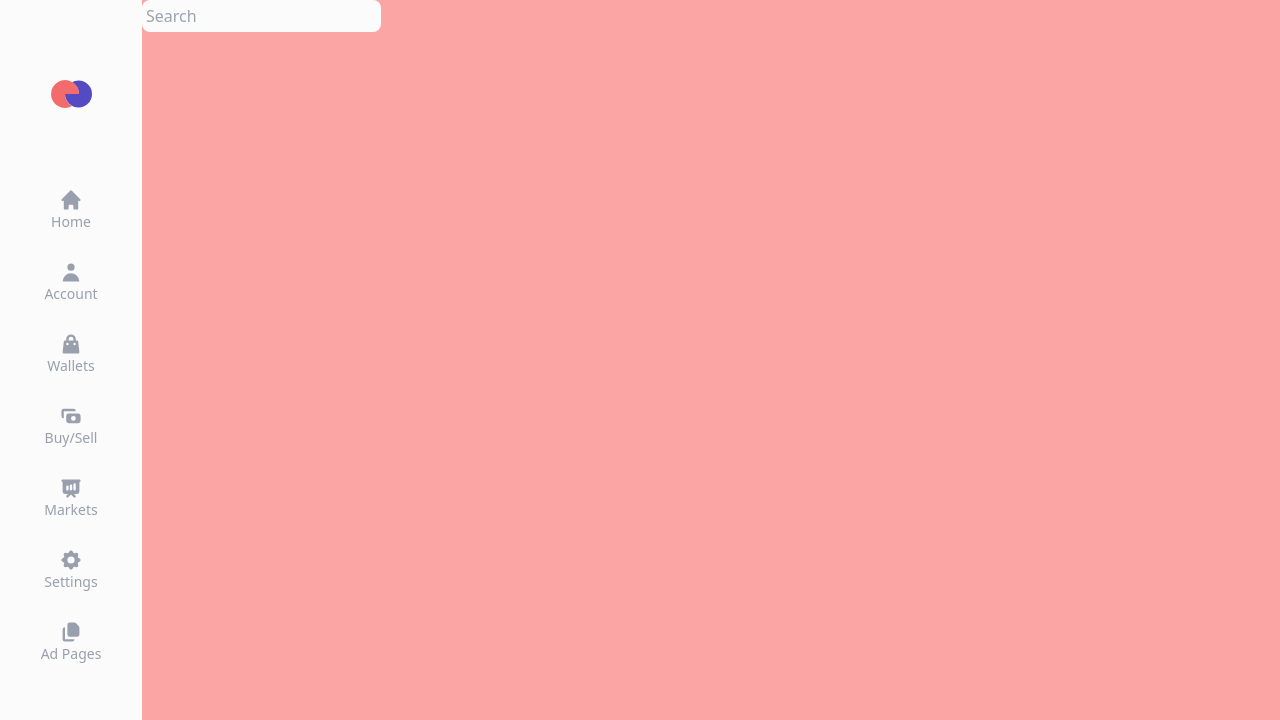
Repository: almaqdad55/crypto-app-nextjs
Page: /
The author's editor kept a copy of each file at every save. The page is drawn from the files as they stood at one save, then again after the next save.
The browser window is 1280 px wide. The pictures show the whole page.
The project was rebuilt for these pictures with package versions that can differ from the ones it lists, and the page was loaded fresh each time. The framework's server and built-in components were replaced by stand-ins that run in the browser.

Above is the page before, as saved 2022-01-04 19:59:02.

### pages/index.js
import Head from 'next/head';
import Sidebar from '../components/Sidebar';
import Feed from '../components/Feed';

export default function Home() {
  return (
    <div className="">
      <Head>
        <title>Crypto Trade</title>
        <link rel="icon" href="/logo.svg" />
      </Head>

      <main className="flex">
        <Sidebar />
        <Feed />
        {/* Widget */}
      </main>
    </div>
  );
}

### styles/globals.css
@import url('https://fonts.googleapis.com/css2?family=Lato:wght@300;400;700&display=swap');

@tailwind base;
@tailwind components;
@tailwind utilities;

@layer base {
  body {
    @apply bg-white;
  }
}

@layer components {
  .icon-group {
    @apply flex flex-col  items-center text-sm cursor-pointer text-[#9A9FAD] hover:text-[#544AC3] transition duration-200;
  }
}

### components/Sidebar.jsx
import {
  HomeIcon,
  UserIcon,
  CashIcon,
  ShoppingBagIcon,
  PresentationChartBarIcon,
  CogIcon,
  DocumentDuplicateIcon,
} from '@heroicons/react/solid';

const Sidebar = () => {
  return (
    <div className="flex flex-col items-center  h-screen w-[142px]  bg-[#fbfbfb] ">
      <div className="mt-20">
        <img src="/logo.svg" alt="" />
      </div>
      <div className="mb-40 mt-20 flex flex-col space-y-7">
        <div className="icon-group group">
          <HomeIcon className="h-6 " />
          <span className="">Home</span>
        </div>
        <div className="icon-group group">
          <UserIcon className="h-6 " />
          <span className="">Account</span>
        </div>
        <div className="icon-group group">
          <ShoppingBagIcon className="h-6 " />
          <span className="">Wallets</span>
        </div>
        <div className="icon-group group ">
          <CashIcon className="h-6 " />
          <span className="">Buy/Sell</span>
        </div>
        <div className="icon-group group">
          <PresentationChartBarIcon className="h-6 " />
          <span className="">Markets</span>
        </div>
        <div className="icon-group group">
          <CogIcon className="h-6 " />
          <span className="">Settings</span>
        </div>
        <div className="icon-group group">
          <DocumentDuplicateIcon className="h-6 " />
          <span className="">Ad Pages</span>
        </div>
      </div>
    </div>
  );
};

export default Sidebar;

### components/Feed.jsx
import {
  DotsHorizontalIcon,
  PhotographIcon,
  NewspaperIcon,
  SearchIcon,
} from '@heroicons/react/outline';

const Feed = () => {
  return (
    <div className=" flex-grow bg-red-300">
      <div>
        <div className="">
          <input
            type="text"
            placeholder={`Search`}
            className="bg-[#fbfbfb] rounded-lg p-1"
          />
        </div>
      </div>
    </div>
  );
};

export default Feed;

### tailwind.config.js
module.exports = {
  content: [
    './pages/**/*.{js,ts,jsx,tsx}',
    './components/**/*.{js,ts,jsx,tsx}',
  ],
  theme: {
    extend: {
      fontFamily: {
        Lato: ['Lato', 'sans-serif'],
      },
    },
  },
  plugins: [],
};

Loaded but not shown: pages/_app.js (common file); pages/api/hello.js (common file); pages/api/city.js (no copy from this time; the picture is the same without it); pages/api/getYTData.js (no copy from this time; the picture is the same without it)

After the next save:
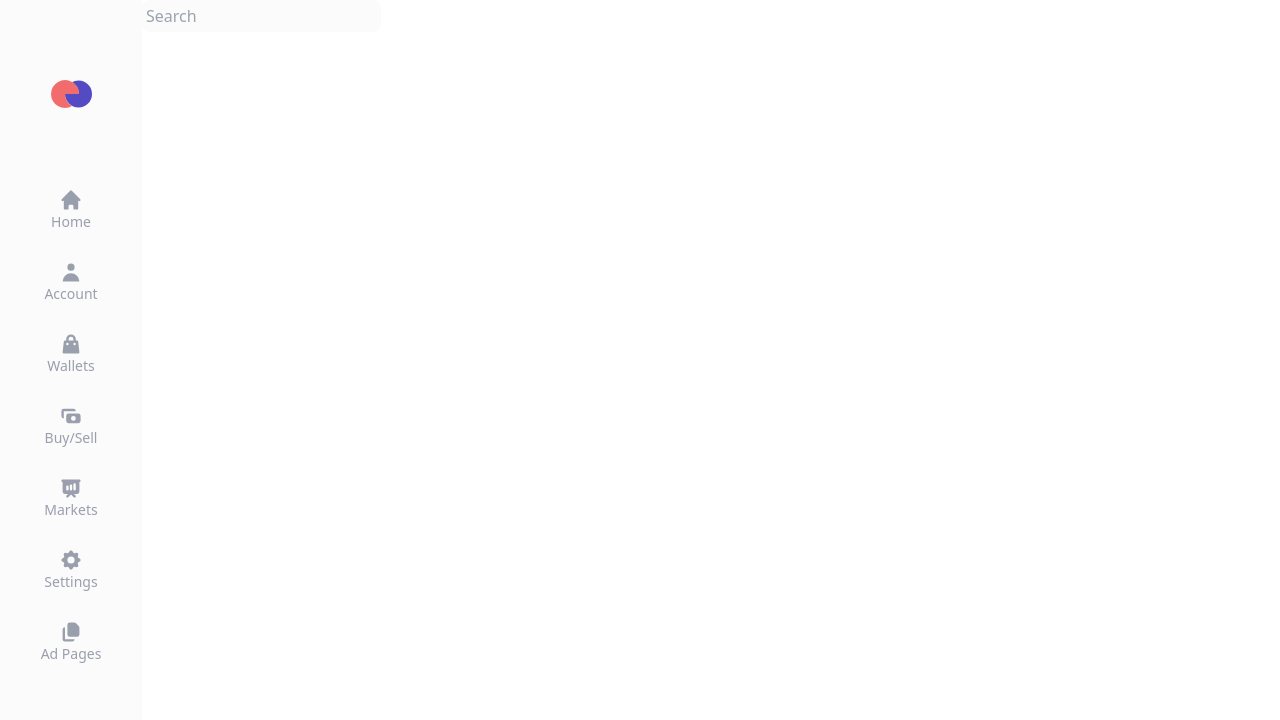
Saved 8 s later.
--- a/components/Feed.jsx
+++ b/components/Feed.jsx
@@ -7,7 +7,7 @@ import {
 
 const Feed = () => {
   return (
-    <div className=" flex-grow bg-red-300">
+    <div className=" flex-grow ">
       <div>
         <div className="">
           <input
